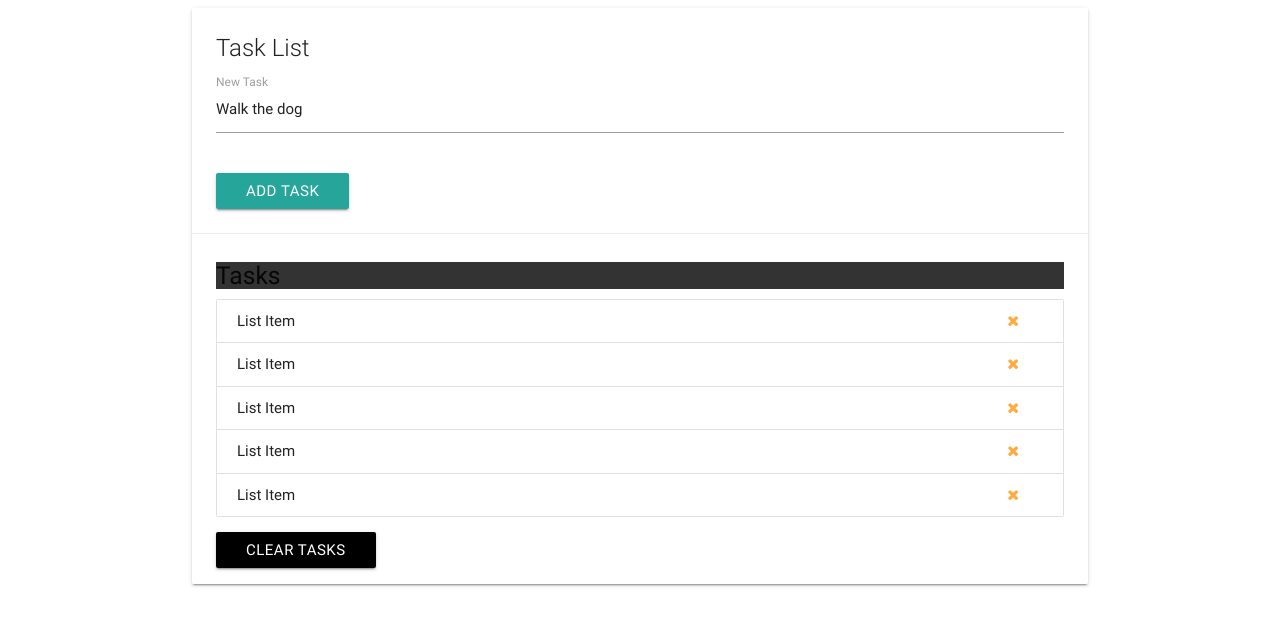
Repository: brianokanga/modern-javascript
Page: Section 3/index.html
An editor plug-in stored every save of this project. The page is shown before and after the next save, followed by the edit.
The browser window is 1280 px wide. The pictures show the whole page.
Some web libraries are served in a nearby version.

Above is the page before, as saved 2020-04-03 01:53:21.

### Section 3/index.html
<!DOCTYPE html>
<html lang="en">

<head>
  <meta charset="UTF-8">
  <meta name="viewport" content="width=device-width, initial-scale=1.0">
  <meta http-equiv="X-UA-Compatible" content="ie=edge">
  <link rel="stylesheet" href="https://cdnjs.cloudflare.com/ajax/libs/materialize/0.100.2/css/materialize.min.css">
  <link href="https://maxcdn.bootstrapcdn.com/font-awesome/4.7.0/css/font-awesome.min.css" rel="stylesheet" integrity="sha384-wvfXpqpZZVQGK6TAh5PVlGOfQNHSoD2xbE+QkPxCAFlNEevoEH3Sl0sibVcOQVnN"
    crossorigin="anonymous">
  <title>Task List</title>
</head>

<body>
  <div class="container">
    <div class="row">
      <div class="col s12">
        <div id="main" class="card">
          <div class="card-content">
            <span class="card-title">Task List</span>
            <div class="row">
              <form id="task-form">
                <div class="input-field col s12">
                  <input type="text" name="task" id="task" value="Walk the dog">
                  <label for="task">New Task</label>
                </div>
            </div>
            <input type="submit" value="Add Task" class="btn">
            </form>
          </div>
          <div class="card-action">
            <h5 id="task-title">Tasks</h5>
            <ul class="collection">
              <li class="collection-item">
                List Item
                <a href="#" class="delete-item secondary-content">
                  <i class="fa fa-remove"></i>
                </a>
              </li>
              <li class="collection-item">
                List Item
                <a href="#" class="delete-item secondary-content">
                  <i class="fa fa-remove"></i>
                </a>
              </li>
              <li class="collection-item">
                List Item
                <a href="#" class="delete-item secondary-content">
                  <i class="fa fa-remove"></i>
                </a>
              </li>
              <li class="collection-item">
                List Item
                <a href="#" class="delete-item secondary-content">
                  <i class="fa fa-remove"></i>
                </a>
              </li>
              <li class="collection-item">
                List Item
                <a href="#" class="delete-item secondary-content">
                  <i class="fa fa-remove"></i>
                </a>
              </li>
            </ul>
            <a class="clear-tasks btn black" href="">Clear Tasks</a>
          </div>
        </div>
      </div>
    </div>
  </div>
  <script src="https://code.jquery.com/jquery-3.2.1.js" integrity="sha256-DZAnKJ/6XZ9si04Hgrsxu/8s717jcIzLy3oi35EouyE=" crossorigin="anonymous"></script>
  <script src="https://cdnjs.cloudflare.com/ajax/libs/materialize/0.100.2/js/materialize.min.js"></script>
  <script src="app.js"></script>
</body>

</html>

### Section 3/app.js
let val ;
val = document;
val = document.all;
val = document.all[2];
val = document.all.length;
val = document.head;
val = document.body;
val = document.domain;
val = document.URL;
val = document.characterSet;
val = document.contentType;

val = document.forms;
val = document.forms[0];
val = document.forms[0].id;
val = document.forms[0].method;
val = document.forms[0].action;



val = document.links;
val = document.links[0];
val = document.links[0].id;
val = document.links[0].className;
val = document.links[0].classList[0];

val = document.images;

val = document.scripts;
val = document.scripts[2].getAttribute('src');


let scripts = document.scripts;

let scriptsArr = Array.from(scripts);

scriptsArr.forEach(function(script){
    console.log(scripts);
})

// console.log(val);
//getElementById
console.log(document.getElementById('task-title'));
console.log(document.getElementById('task-title').id);

//change styling
document.getElementById('task-title').style.background = '#333';

After the next save:
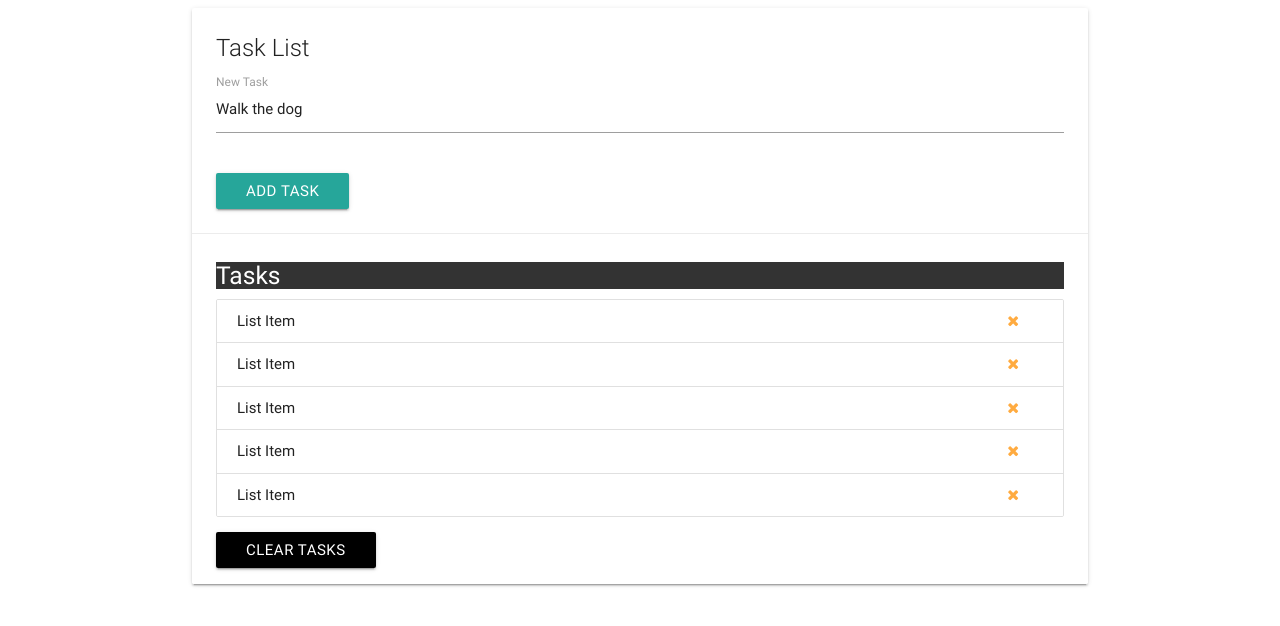
Saved 31 s later.
--- a/Section 3/app.js
+++ b/Section 3/app.js
@@ -45,3 +45,4 @@ console.log(document.getElementById('task-title').id);
 
 //change styling
 document.getElementById('task-title').style.background = '#333';
+document.getElementById('task-title').style.color = '#fff';
